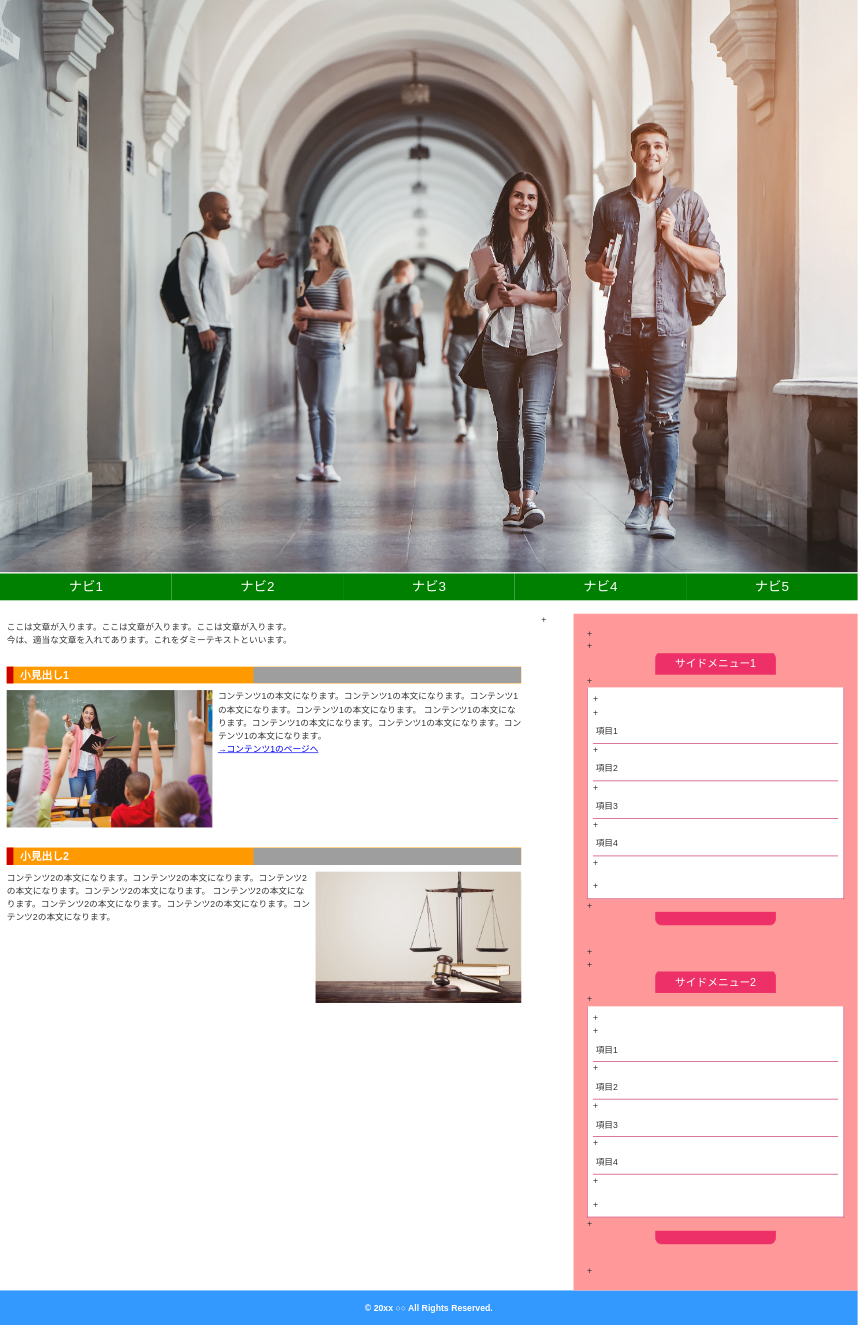
Repository: Yweb18/samurai_PHP
Page: index.html
The author's editor kept a record of every edit. The page is drawn from the files as they stood at one moment, then again after the next edit.
The browser window is 1280 px wide. The pictures show the whole page, at 67% of full size.
Pictures or frames that could not be fetched are drawn as grey boxes.

Above is the page before.

### index.html
<!DOCTYPE html>
<html lang="ja">
    <head>
        <meta charset="UTF-8">
        <title>HTML/CSSの学習</title>
        <link rel="stylesheet" href="stylesheet.css">
    </head>
    <body>
        <div id="header">
            <h1><a href="index.html"><img id="corridor" src="images/corridor.jpg" alt="大学の廊下" /></a></h1>
        </div>
        <div id="wrapper">
            <div id="nav">
                <ul>
                    <li><a href="home.html">ナビ1</a></li>
                    <li><a href="#">ナビ2</a></li>
                    <li><a href="#">ナビ3</a></li>
                    <li><a href="#">ナビ4</a></li>
                    <li><a href="#">ナビ5</a></li>
                </ul>
            </div>
           <div id="container">
            <div id="main">
                <div class="post">
                    <p>ここは文章が入ります。ここは文章が入ります。ここは文章が入ります。<br />今は、適当な文章を入れてあります。これをダミーテキストといいます。</p>
                    </div>
                <div class="post clearfix">
                    <h2>小見出し1</h2>
                    <img class="left" src="images/classroom.jpg" alt="授業風景" />
                    <p>
                        コンテンツ1の本文になります。コンテンツ1の本文になります。コンテンツ1の本文になります。コンテンツ1の本文になります。
                        コンテンツ1の本文になります。コンテンツ1の本文になります。コンテンツ1の本文になります。コンテンツ1の本文になります。
                    </p>
                    <p><a href="#">→コンテンツ1のページへ</a></p>
                </div>
                <div class="post clearfix">
                    <h2>小見出し2</h2>
                    <img class="right" src="images/scale.jpg" alt="天秤" />
                    <p>
                        コンテンツ2の本文になります。コンテンツ2の本文になります。コンテンツ2の本文になります。コンテンツ2の本文になります。
                        コンテンツ2の本文になります。コンテンツ2の本文になります。コンテンツ2の本文になります。コンテンツ2の本文になります。
                    </p>
                </div>
            </div>
       +            <div id="side">
+                <div class="box">
+                    <h2>サイドメニュー1</h2>
+                    <div class="boxBody">
+                        <ul>
+                            <li>項目1</li>
+                            <li>項目2</li>
+                            <li>項目3</li>
+                            <li>項目4</li>
+                        </ul>
+                    </div>
+                </div>
+                <div class="box">
+                    <h2>サイドメニュー2</h2>
+                    <div class="boxBody">
+                        <ul>
+                            <li>項目1</li>
+                            <li>項目2</li>
+                            <li>項目3</li>
+                            <li>項目4</li>
+                        </ul>
+                    </div>
+                </div>
+            </div>

        </div>
        <div id="footer">
            <p>&copy; 20xx ○○ All Rights Reserved.</p>
        </div>
    </body>
</html>

### stylesheet.css
@charset "utf-8";

body {
	margin: 0;
	padding: 0;
	font-family: "ヒラギノ角ゴ Pro W3", "Hiragino Kaku Gothic Pro", "メイリオ", Meiryo, Osaka, "ＭＳ Ｐゴシック", "MS PGothic", sans-serif;
	color: #333;
	font-size: 13px;
	line-height: 150%;
}

/* -------------------- wrapper -------------------- */
#wrapper {
    width: 100%;
    margin: auto;
    padding: 0px;
    border: 0px;
    background-color: #FFF;
    top: 10px;
}

/* -------------------- header -------------------- */
 #header {
 	width: 100%;
 }
 #header h1 {
 	 margin: 0;
	 padding: 0;
 }

 #corridor {
	 width: 100%;
	 height: auto;
 }


 /* -------------------- footer -------------------- */
 #footer {
 	 clear: both;
 	 width: 100%;
 	 padding: 3px 0 3px 0;
 	 background: #39F;
 	 color: #FFF;
 	 font-weight: bold;
 	 text-align: center;
 }


 /* -------------------- nav -------------------- */
 #nav {
	 width: 100%;
 }
 #nav ul {
	 margin: 0;
	 padding: 0;
	 list-style-type: none;
 }
 #nav ul li {
	 float: left;
	 width: 20%;
	 text-align: center;
 }
 #nav ul li a {
	 display: block;
	 height: 20px;
	 margin: 0;
	 padding: 10px;
	 color: #FFF;
	 font-size: 20px;
	 text-decoration: none;
	 background-color: green;
 }


 /* -------------------- container -------------------- */
 #container {
	 width: 100%;
	 margin: auto ;
	 padding: auto;
	 padding-top: 20px;
	 clear: both;
 }
 /* -------------------- main -------------------- */
 #main {
	 float: left;
	 width: 60%;
	 padding: 10px 30px 10px 10px;
 }
 #main h2 {
	 margin: 0 0 10px 0;
	 padding: 3px 10px 3px 10px;
	 color: #FFF;
	 font-size: 16px;
	 border-left: solid 10px #C00;
	 background: #F90 url(../images/main_h2.jpg) right top repeat-y;
 }
 #main p {
	 margin: 0;
	 padding: 0;
 }
 #main .post {
	 margin: 0 0 30px 0;
 }

 #main .post img.right {
	 margin: 0 0 0 8px;
 }
 #main .post img.left {
	 margin: 0 8px 0 0;
 }

 .right {
	 float: right;
	 width: 40%;
	 height: auto;
 }
 .left {
	 float: left;
	 width: 40%;
	 height: auto;
 }

 /* -------------------- clearfix -------------------- */
 .clearfix {
	 zoom: 1;
 }
 .clearfix:after{
	 content: "";
	 display: block;
	 clear: both;
 }



 /* -------------------- side -------------------- */
 #side {
 	 float: right;
 	 width: 30%;
 	 padding: 20px;
 	 background-color: #F99;
 }
 #side .box {
 	 margin: 0 auto 30px auto;
 	 padding: 0 0 20px 0;
 	 background: url(images/side_box.png) bottom no-repeat;
 }
 #side .box h2 {
 	 margin: 0;
 	 padding: 8px;
 	 text-align: center;
 	 color: #fff;
 	 font-size: 16px;
 	 line-height: 16px;
 	 font-weight: normal;
 	 background: url(images/side_box_h2.png) center no-repeat;
 }
 #side .box .boxBody {
 	 padding: 8px;
 	 border-right: solid 1px #C36;
 	 border-bottom: solid 1px #C36;
 	 border-left: solid 1px #C36;
 	 background: #fff;
 }
 #side .box .boxBody ul {
 	 margin: 0 0 16px 0;
 	 padding: 0;
 }
 #side .box .boxBody ul li {
 	 padding: 8px 0 8px 4px;
 	 list-style: none;
 	 border-bottom: solid 1px #C36;
 }

After the next edit:
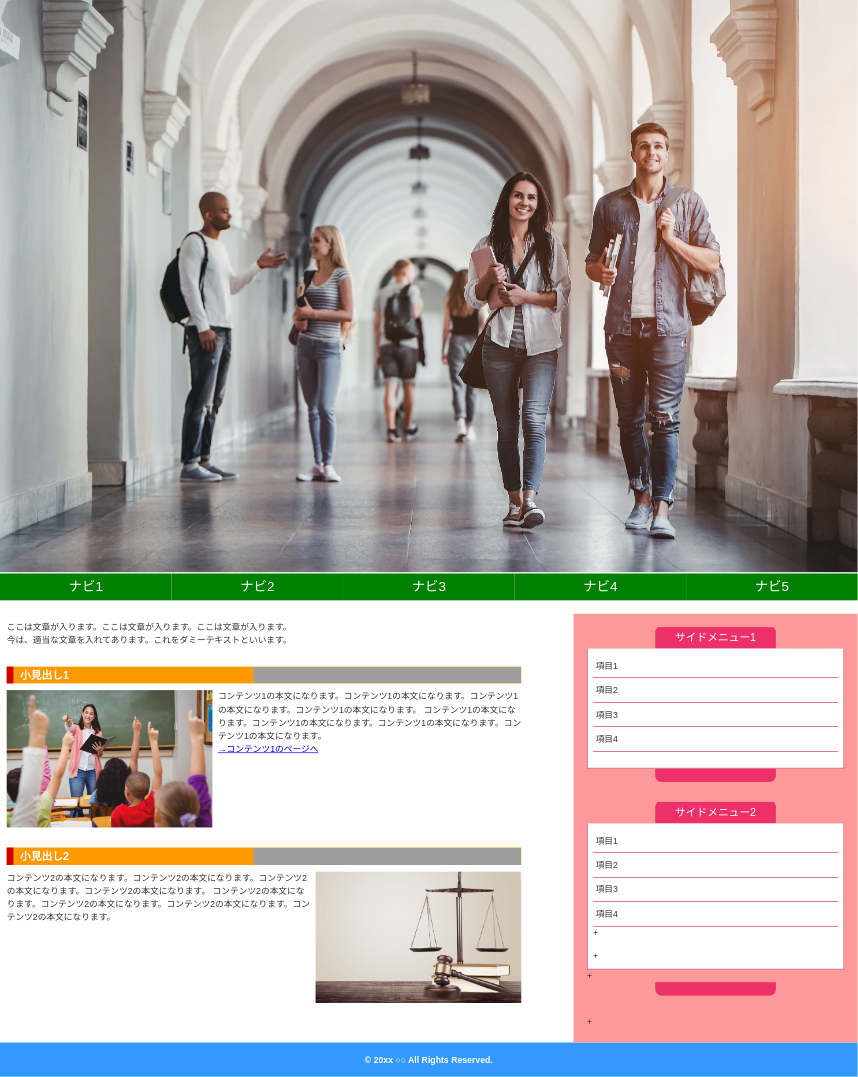
The edit:
--- a/index.html
+++ b/index.html
@@ -42,26 +42,27 @@
                     </p>
                 </div>
             </div>
-       +            <div id="side">
-+                <div class="box">
-+                    <h2>サイドメニュー1</h2>
-+                    <div class="boxBody">
-+                        <ul>
-+                            <li>項目1</li>
-+                            <li>項目2</li>
-+                            <li>項目3</li>
-+                            <li>項目4</li>
-+                        </ul>
-+                    </div>
-+                </div>
-+                <div class="box">
-+                    <h2>サイドメニュー2</h2>
-+                    <div class="boxBody">
-+                        <ul>
-+                            <li>項目1</li>
-+                            <li>項目2</li>
-+                            <li>項目3</li>
-+                            <li>項目4</li>
+            </div>
+                 <div id="side">
+                <div class="box">
+                    <h2>サイドメニュー1</h2>
+                    <div class="boxBody">
+                        <ul>
+                            <li>項目1</li>
+                            <li>項目2</li>
+                            <li>項目3</li>
+                            <li>項目4</li>
+                        </ul>
+                    </div>
+                </div>
+                <div class="box">
+                    <h2>サイドメニュー2</h2>
+                    <div class="boxBody">
+                        <ul>
+                            <li>項目1</li>
+                            <li>項目2</li>
+                            <li>項目3</li>
+                            <li>項目4</li>
 +                        </ul>
 +                    </div>
 +                </div>
